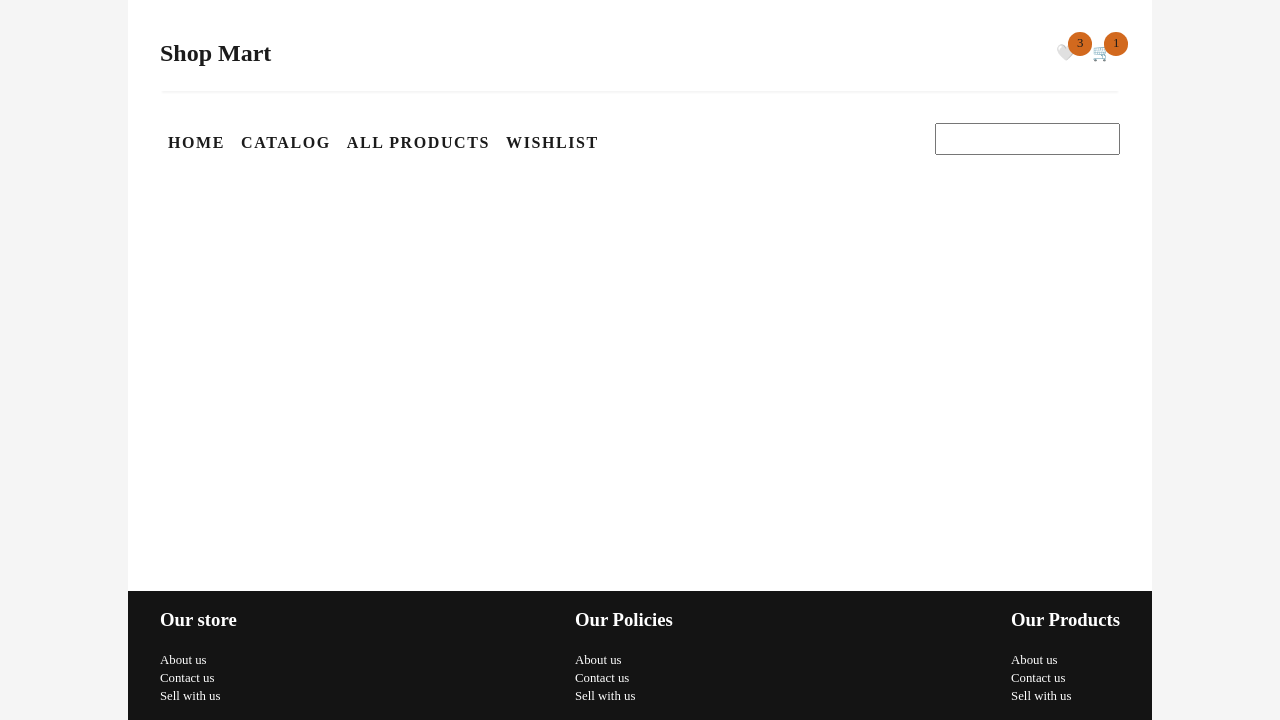
Repository: MeowCeline00/comp3170-lab-1
Page: /
These files come from the project's save history. The page is drawn as it stood at one moment and after the next save; the edit follows.
The browser window is 1280 px wide. The pictures show the whole page.
The project was rebuilt for these pictures with package versions that can differ from the ones it lists, and the page was loaded fresh each time. Also part of the build but not shown: vite.config.js.

Above is the page before, as saved 2024-09-11 13:56:58.

### index.html
<!doctype html>
<html lang="en">
  <head>
    <meta charset="UTF-8" />
    <link rel="icon" type="image/svg+xml" href="/vite.svg" />
    <meta name="viewport" content="width=device-width, initial-scale=1.0" />
    <title>Shop Mart</title>
  </head>
  <body>
    <div id="root"></div>
    <script type="module" src="/src/main.jsx"></script>
  </body>
</html>

### src/App.jsx
function App() {
  return (
      <div className="app">
        <section id="content">
          <header>
            <div>
              <h1>Shop Mart</h1>
              <div>
              <button className="icon-btn">
                <span>&#129293;</span>
                <span className="badge">3</span>
                </button>
                <button className="icon-btn">
                  <span>&#128722;</span>
                  <span className="badge">1</span>
                  </button>

              </div>

            </div>
            <div>
              <nav>
                <button>home</button>
                <button>catalog</button>
                <button>all products</button>
                <button>wishlist</button>

              </nav>
              <form>
                <input type=""></input>
              </form>

            </div>

          </header>

          <main>

          </main>

        </section>
        <footer>
          <div>
            <h3>Our store</h3>
            <ul>
              <li><a href="">About us</a></li>
              <li><a href="">Contact us</a></li>
              <li><a href="">Sell with us</a></li>
            </ul>
          </div>

          <div>
            <h3>Our Policies</h3>
            <ul>
              <li><a href="">About us</a></li>
              <li><a href="">Contact us</a></li>
              <li><a href="">Sell with us</a></li>
            </ul>
          </div>

          <div>
            <h3>Our Products</h3>
            <ul>
              <li><a href="">About us</a></li>
              <li><a href="">Contact us</a></li>
              <li><a href="">Sell with us</a></li>
            </ul>
          </div>

        </footer>

      </div>
  );
}

export default App;

### src/index.css
*,
*::before,
*::after {
  box-sizing: border-box;
  color: inherit;
}

html, body, #root {
  height: 100%;
}

body {
  background: #f5f5f5;
  margin: 0;
  color: #1b1b1b;
}

button,
input[type="text"],
input[type="search"] {
  appearance: none;
  background: transparent;
  border: none;
  font: inherit;
  padding: 0;
  width: auto;
}

input[type="text"],
input[type="search"] {
  padding: 0.5em 1em;
  border: 1px solid;

  &:focus {
    outline: none;
  }
}

.app {
  display: flex;
  flex-direction: column;
  width: 80%;
  margin: 0 auto;
  background: #fff;
  min-height: 100%;
  justify-content: space-between;

  section#content {
    margin-top: 1.5rem;
    display: flex;
    flex-direction: column;
    gap: 1.5rem;

    header,
    main {
      padding: 0 2em;
    }

    header {
      margin: 1em 0;
      display: flex;
      flex-direction: column;
      gap: 2em;


      > div {
        display: flex;
        justify-content: space-between;

        &:first-child {
          padding-bottom: 1.5em;
          box-shadow: 0 4px 2px -2px #f5f5f5;
        }
      }

      h1 {
        padding: 0;
        margin: 0;
      }

      nav {
        padding-top: .5em;

        button {
          text-transform: uppercase;
          font-weight: bold;
          letter-spacing: .1em;

          &:hover {
            background-color: #141414;
            color: #fff;
          }
        }

        + form {
          display: flex;
          button {
            background: #141414;
            color: #fff;
          }
        }

      }

    }

    main {
      display: flex;
      gap: 1rem;
      flex-wrap: wrap;
    }
  }

  footer {
    padding: 0 2em;
    background: #141414;
    display: flex;
    justify-content: space-between;

    color: #fff;

    ul {
      list-style: none;
      padding: 0;
    }

    a {
      color: #fff;
      text-decoration: none;
      font-size: .8em;
    }
  }

  button {
    padding: 0.2em 0.5em;
  }
}

.product {
  display: flex;
  flex-direction: column;
  height: 300px;
  background: #fff;

  img {
    height: 200px;
  }

}

.product > p {
  padding: 0 1rem;
  display: flex;
  flex-direction: column;


  span {
    padding: .2rem;
  }

  span.pr-name {
    font-size: 1.2em;
  }
  span.pr-price {
    font-weight: bold;
    font-size: 0.9em;
  }
}


/* Form styles */

.cbox { /*checkbox control group (input + label) */
  margin: .5em 0;
  font-size: 20px;
  min-height: 1em;
  padding-left: 1em; /* create space for the checkbox */
  position: relative;

  label::before,
  label::after,
  input[type="checkbox"] {
    position:absolute;
  }

  label::before,
  input[type="checkbox"] { /* customize checkbox size */
    height: 1em;
    left: 0;
    top: 0;
    width: 1em;
  }

  input[type="checkbox"] { /* hide native checkbox look-and-feel */
    margin: 0;
    opacity: 0;
    z-index: 1;
  }

  label::before { /* custom checkbox look-and-feel */
    background: transparent;
    border: .1em solid currentcolor;
    content: "";
  }

  label::after { /* custom checkbox marker */
    content: "";
    border: solid;
    background: transparent;
    border-width: 0 0 .1em .1em;
    box-sizing: content-box;
    height: .2em;
    left: .2em;
    width: .5em;
    top: .3em;
    transform: rotate(-45deg);
    position: absolute;
    opacity: 0; /* hidden when not checked */
  }

  &:has(> input[type="checkbox"]:checked) > label::before {
    /* change border color when checked */
    border-color: green;
  }

  input[type="checkbox"]:checked + label::after {
    /* show marker and change its color */
    opacity: 1;
    border-color: green;
  }

  label {
    padding-left: .5em;
  }
}

.rbox { /* radio button control */
  margin: .5em 0;
  font-size: 20px;
  min-height: 1em;
  padding-left: 1em;
  position: relative;

  label::before,
  label::after,
  input[type="radio"] {
    position: absolute;
    margin: 0;
    padding: 0;
  }

  label::before,
  input[type="radio"] {
    width: 1em;
    height: 1em;
    left: 0;
    top: 0;
  }

  label::before {
    background: transparent;
    border: .1em solid currentcolor;
    content: "";
    border-radius: 50%;
  }

  input[type="radio"] {
    z-index: 1;
    opacity: 0;
  }

  label::after {
    content: "";
    width: .5em;
    height: .5em;
    background: green;
    top: .25em;
    left: .25em;
    border-radius: 50%;
    opacity: 0;
  }

  &:has(input[type="radio"]:checked) > label::before {
    border-color: green;
  }

  input[type="radio"]:checked + label::after {
    opacity: 1;
  }

  label {
    padding-left: .5em;
  }
}

button.icon-btn {
  position: relative;


  span.badge {
    position: absolute;
    box-sizing: content-box;
    display: inline-block;
    font-size: .8rem;
    line-height: 1.2;
    padding: .3em;
    width: 1rem;
    height: 1rem;
    border-radius: 50%;
    right: -0.5rem;
    top: -0.5rem;
    background: chocolate;

  }
}

Loaded but not shown: src/main.jsx (common file)

After the next save:
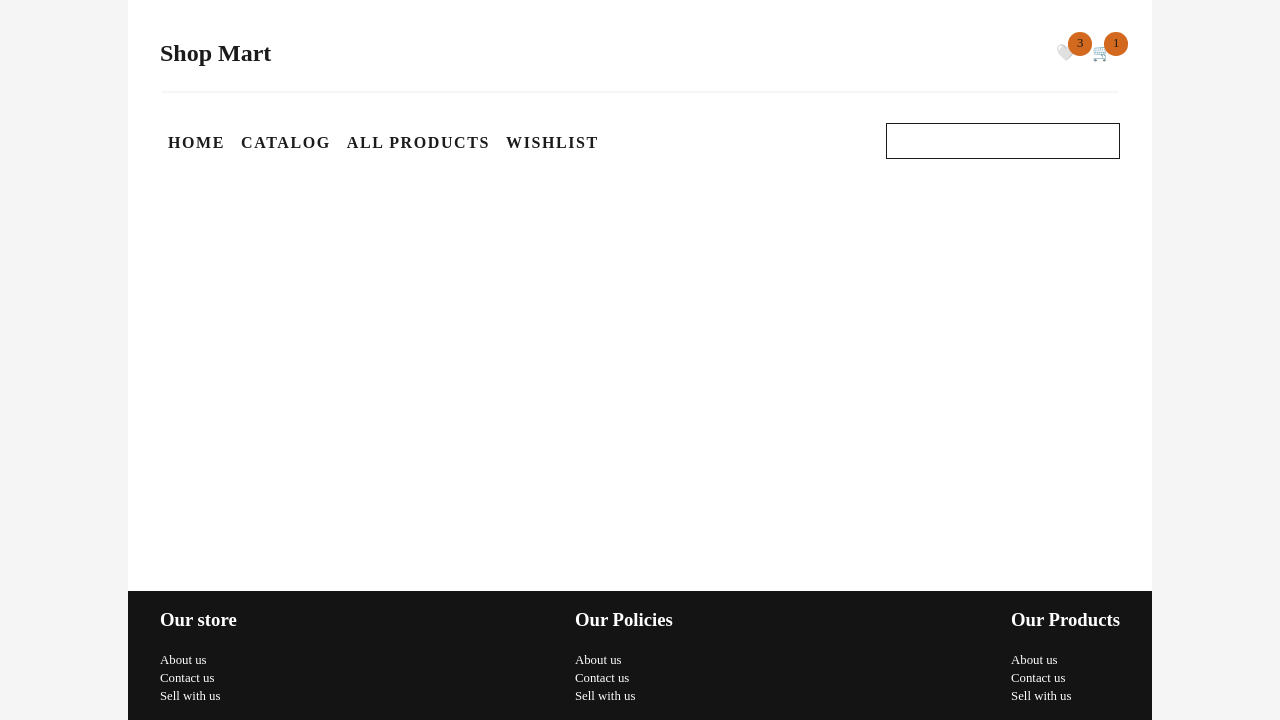
Saved 4 s later.
--- a/src/App.jsx
+++ b/src/App.jsx
@@ -27,7 +27,7 @@ function App() {
 
               </nav>
               <form>
-                <input type=""></input>
+                <input type="search"></input>
               </form>
 
             </div>
